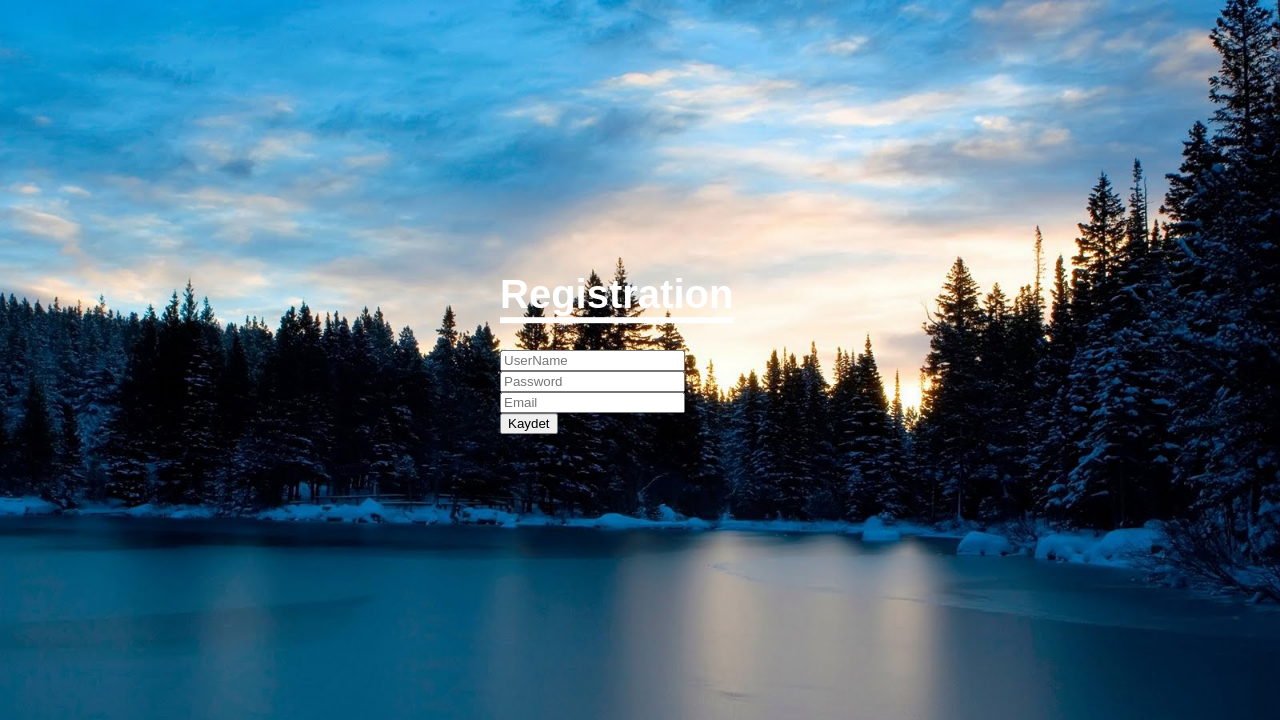
Repository: Berilinanir/Login-Logout-System
Page: Loginn/WebContent/registration.html
An editor plug-in stored every save of this project. The page is shown before and after the next save, followed by the edit.
The browser window is 1280 px wide. The pictures show the whole page.

Above is the page before, as saved 2018-10-13 08:59:26.

After the next save:
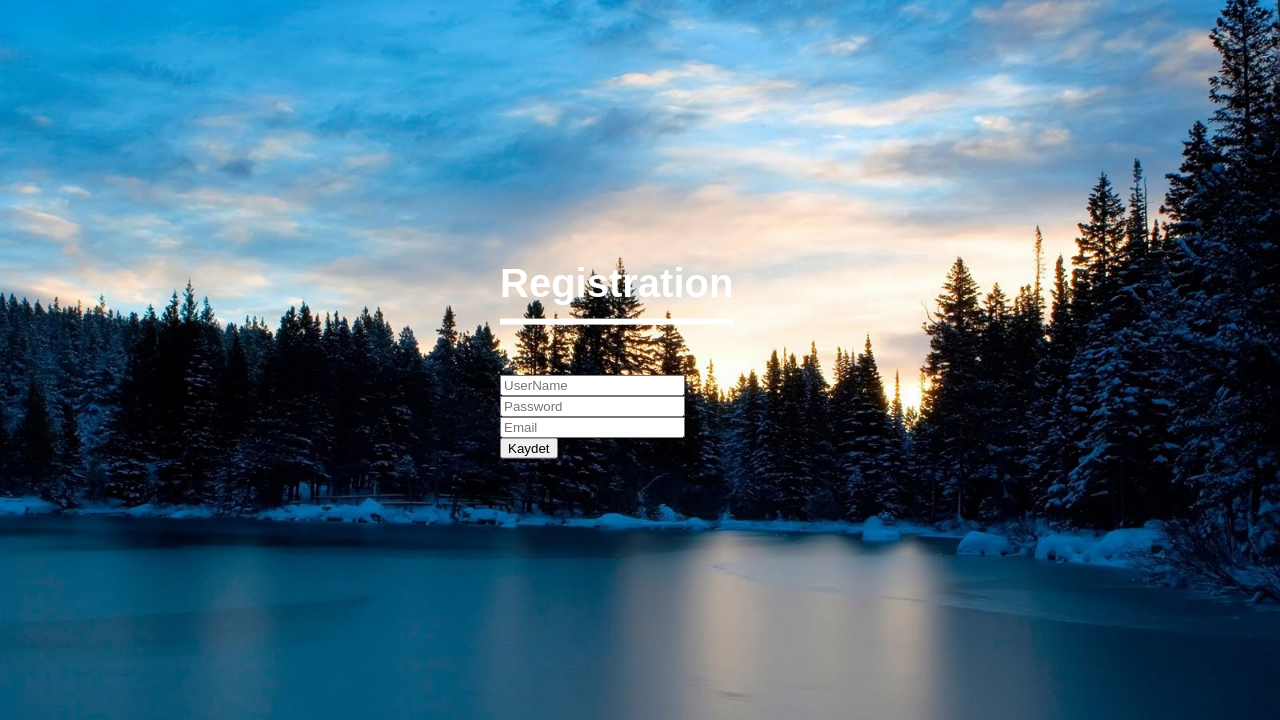
Saved 9 min 38 s later.
--- a/Loginn/WebContent/style.css
+++ b/Loginn/WebContent/style.css
@@ -28,4 +28,11 @@ body{
 	float:left;
 	font-size:40px;
 	border-bottom:6px solid;
+	margin-bottom:50px;
+	padding:13px 0
+
+
+
+
+
 }
